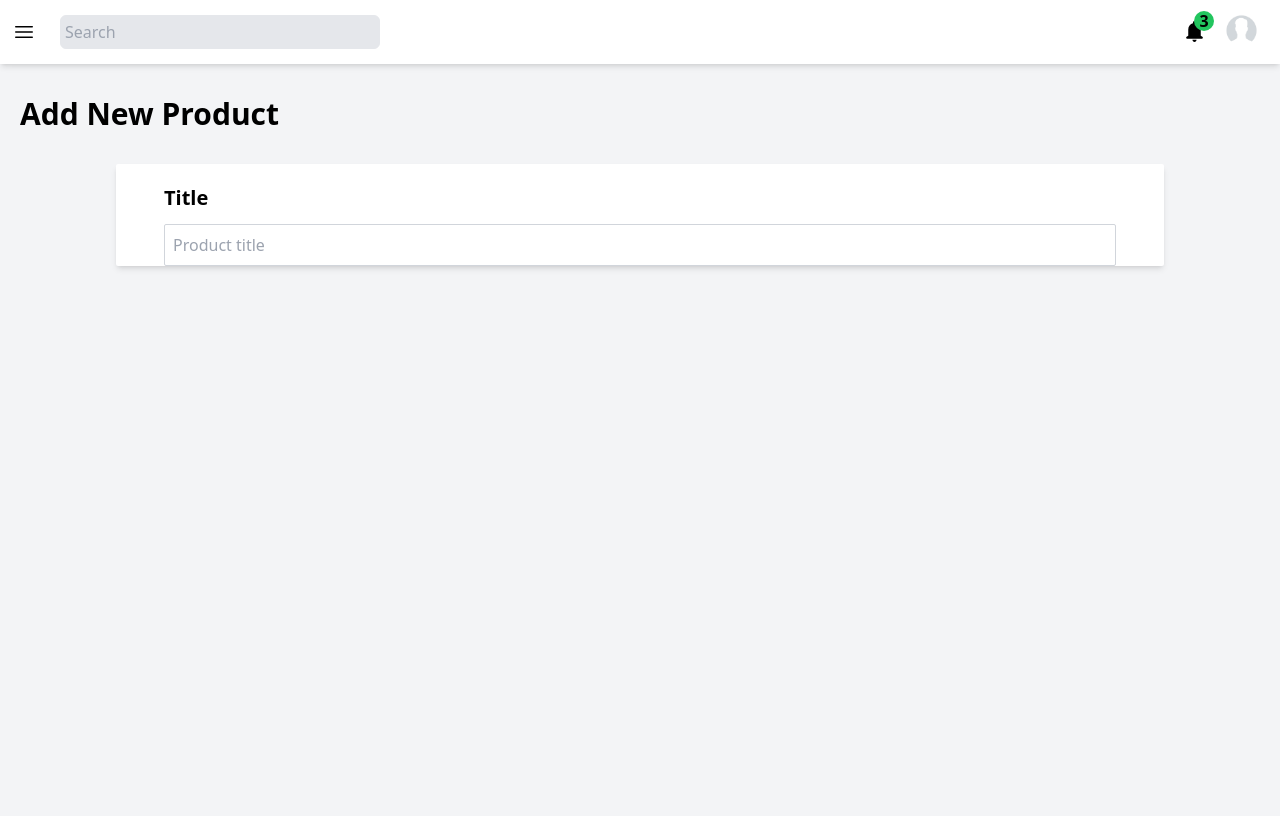
Repository: IssaMuiz/ifarmstock-admin
Page: /new-product
An editor plug-in stored every save of this project. The page is shown before and after the next save, followed by the edit.
The browser window is 1280 px wide. The pictures show the whole page.
The page's requests for data from a server got no answer. The project was rebuilt for these pictures with package versions that can differ from the ones it lists, and the page was loaded fresh each time. The framework's server and built-in components were replaced by stand-ins that run in the browser. No one was signed in, and anything a server would have sent is missing. Also part of the build but not shown: next.config.mjs.

Above is the page before, as saved 2024-10-12 16:02:21.

After the next save:
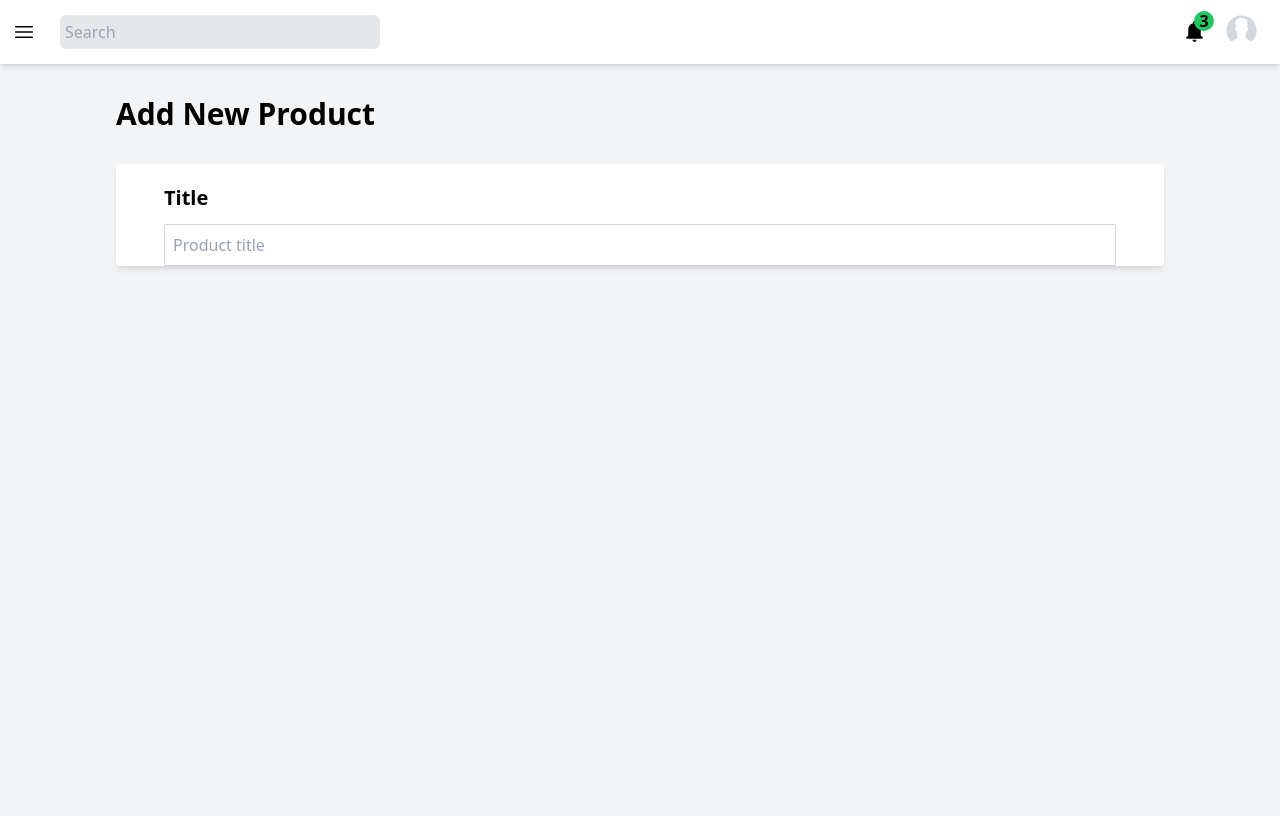
Saved 53 s later.
--- a/app/new-product/page.tsx
+++ b/app/new-product/page.tsx
@@ -2,11 +2,11 @@ import React from "react";
 
 const NewProduct = () => {
   return (
-    <section className="mt-24 min-h-screen">
+    <section className="mt-24 min-h-screen  mx-12 md:mx-24">
       <div>
         <h1 className="text-3xl font-semibold mb-8">Add New Product</h1>
       </div>
-      <div className="bg-white mx-12 md:mx-24 rounded-sm shadow-md">
+      <div className="bg-white rounded-sm shadow-md">
         <div className="px-12">
           <h2 className="text-xl font-semibold mb-3 pt-5">Title</h2>
           <input
